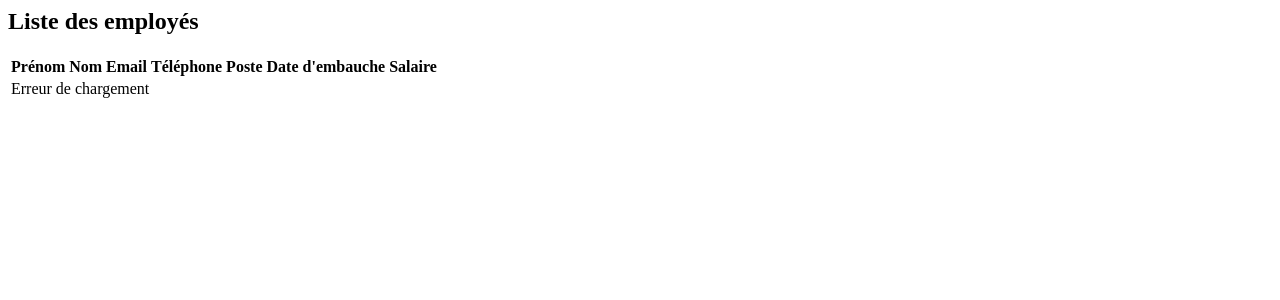
Repository: amosndayikeza-dev/Reviewa
Page: public/assets/html/manager/employees-content.html
An editor plug-in stored every save of this project. The page is shown before and after the next save, followed by the edit.
The browser window is 1280 px wide. The pictures show the whole page.

Above is the page before, as saved 2026-06-01 14:29:01.

### public/assets/html/manager/employees-content.html
<div class="employees-container">
    <h2>Liste des employés</h2>
    <div class="table-responsive">
        <table class="tft-table" id="employees-table">
            <thead>
                <tr>
                    <th>Prénom</th>
                    <th>Nom</th>
                    <th>Email</th>
                    <th>Téléphone</th>
                    <th>Poste</th>
                    <th>Date d'embauche</th>
                    <th>Salaire</th>
                </tr>
            </thead>
            <tbody id="employees-table-body">
                <tr><td colspan="7" class="mgr-empty-hint">Chargement...</td></tr>
            </tbody>
        </table>
    </div>
</div>
<script>
async function loadEmployees() {
    const tbody = document.getElementById('employees-table-body');
    if (!tbody) return;
    tbody.innerHTML = '<tr><td colspan="7" class="mgr-empty-hint">Chargement…</td></tr>';
    try {
        const res = await ManagerAPI.employees.list(); // Pas de filtre position
        const list = res.data || [];
        if (!list.length) {
            tbody.innerHTML = '<tr><td colspan="7" class="mgr-empty-hint">Aucun employé trouvé</td></tr>';
            return;
        }
        tbody.innerHTML = list.map(e => `
            <tr>
                <td class="tft-title4 tft-clr-white3">${escapeHtml(e.first_name || '')}</td>
                <td class="tft-title4 tft-clr-white3">${escapeHtml(e.last_name || '')}</td>
                <td class="tft-title4 tft-clr-white3">${escapeHtml(e.email || '')}</td>
                <td class="tft-title4 tft-clr-white3">${escapeHtml(e.phone || e.telephone || '—')}</td>
                <td class="tft-title4 tft-clr-white3">${escapeHtml(e.position || '—')}</td>
                <td class="tft-title4 tft-clr-white3">${fmtDate(e.hired_at || e.hire_date)}</td>
                <td class="tft-title4 tft-clr-white3">${fmtMoney(e.salary)}</td>
            </tr>
        `).join('');
    } catch (err) {
        console.error(err);
        tbody.innerHTML = '<tr><td colspan="7" class="mgr-empty-hint tft-clr-red">Erreur de chargement</td></tr>';
    }
}
loadEmployees();
</script>

After the next save:
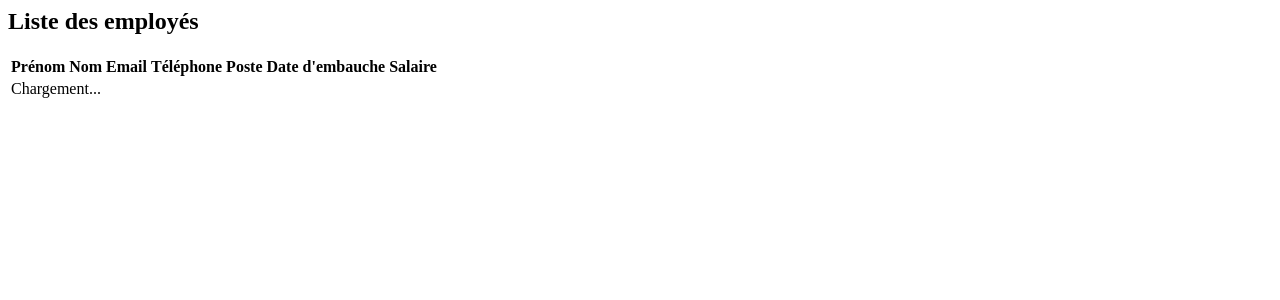
Saved 5 min 11 s later.
--- a/public/assets/html/manager/employees-content.html
+++ b/public/assets/html/manager/employees-content.html
@@ -20,32 +20,3 @@
     </div>
 </div>
 <script>
-async function loadEmployees() {
-    const tbody = document.getElementById('employees-table-body');
-    if (!tbody) return;
-    tbody.innerHTML = '<tr><td colspan="7" class="mgr-empty-hint">Chargement…</td></tr>';
-    try {
-        const res = await ManagerAPI.employees.list(); // Pas de filtre position
-        const list = res.data || [];
-        if (!list.length) {
-            tbody.innerHTML = '<tr><td colspan="7" class="mgr-empty-hint">Aucun employé trouvé</td></tr>';
-            return;
-        }
-        tbody.innerHTML = list.map(e => `
-            <tr>
-                <td class="tft-title4 tft-clr-white3">${escapeHtml(e.first_name || '')}</td>
-                <td class="tft-title4 tft-clr-white3">${escapeHtml(e.last_name || '')}</td>
-                <td class="tft-title4 tft-clr-white3">${escapeHtml(e.email || '')}</td>
-                <td class="tft-title4 tft-clr-white3">${escapeHtml(e.phone || e.telephone || '—')}</td>
-                <td class="tft-title4 tft-clr-white3">${escapeHtml(e.position || '—')}</td>
-                <td class="tft-title4 tft-clr-white3">${fmtDate(e.hired_at || e.hire_date)}</td>
-                <td class="tft-title4 tft-clr-white3">${fmtMoney(e.salary)}</td>
-            </tr>
-        `).join('');
-    } catch (err) {
-        console.error(err);
-        tbody.innerHTML = '<tr><td colspan="7" class="mgr-empty-hint tft-clr-red">Erreur de chargement</td></tr>';
-    }
-}
-loadEmployees();
-</script>
